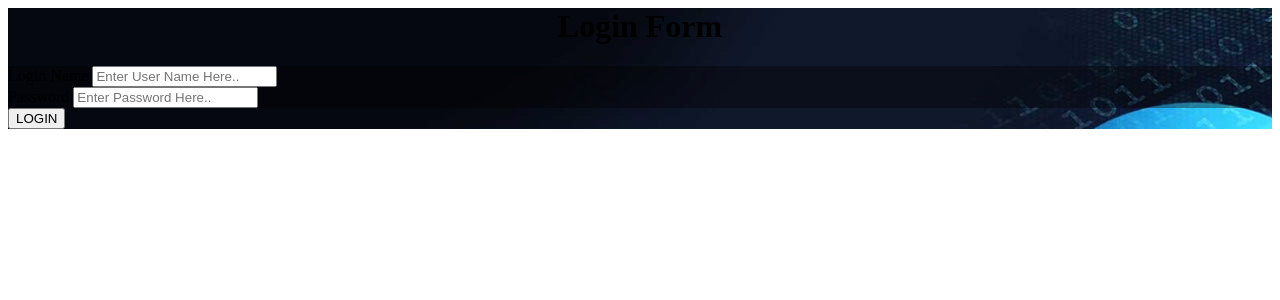
Repository: yogenderupadhyay/Project-2
Page: LetsTalkFrontend/WebContent/c_user/Login.html
The author's editor kept a copy of each file at every save. The page is drawn from the files as they stood at one save, then again after the next save.
The browser window is 1280 px wide. The pictures show the whole page.

Above is the page before, as saved 2018-08-01 17:22:27.

### LetsTalkFrontend/WebContent/c_user/Login.html
<div class="container" data-ng-Controller="UserController" style="background-image:url('resources/img/login.jpg'); ">

 <h1 class="well"><center><font face="Monotype Corsiva">Login Form</font></center></h1>
	<div class="col-lg-12 well">
	<div class="row">
				<form class="form">
					<div class="col-sm-12">
						<div class="row" style="background: rgba(0, 0, 0, 0.2);">
							<div class="col-sm-6 form-group" style="background: rgba(0, 0, 0, 0.2);">
								<label>Login Name</label>
								<input type="text" name="loginname" data-ng-model="User.emailID"  placeholder="Enter User Name Here.." class="form-control">
							</div>
							<div class="col-sm-6 form-group" style="background: rgba(0, 0, 0, 0.2);">
								<label>Password </label>
								<input type="password" name="password" data-ng-model="User.password" placeholder="Enter Password Here.." class="form-control">
							</div>
						</div>
					<div>
					<button type="button" data-ng-click="checklogin()" class="btn btn-lg btn-info">LOGIN</button>
					</div>
				</form>
		</div>
	</div>
</div>

After the next save:
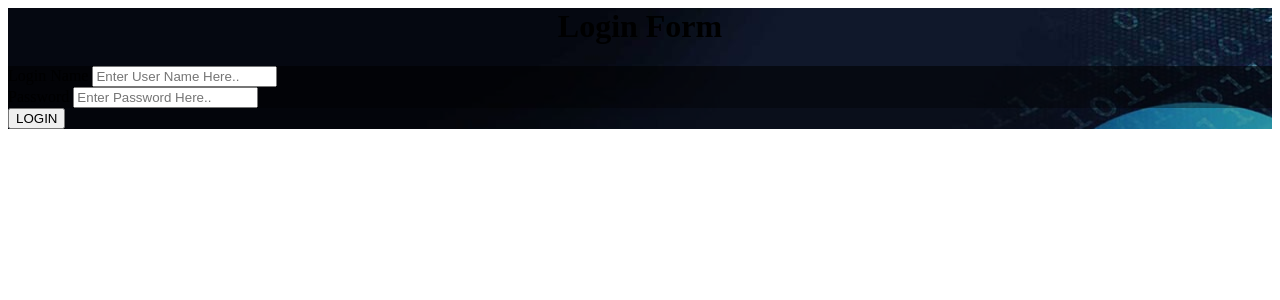
Saved 29 s later.
--- a/LetsTalkFrontend/WebContent/c_user/Login.html
+++ b/LetsTalkFrontend/WebContent/c_user/Login.html
@@ -2,8 +2,8 @@
 
  <h1 class="well"><center><font face="Monotype Corsiva">Login Form</font></center></h1>
 	<div class="col-lg-12 well">
-	<div class="row">
-				<form class="form">
+	<div class="row" style="background: rgba(0, 0, 0, 0.2);">
+				<form class="form" style="background: rgba(0, 0, 0, 0.2);">
 					<div class="col-sm-12">
 						<div class="row" style="background: rgba(0, 0, 0, 0.2);">
 							<div class="col-sm-6 form-group" style="background: rgba(0, 0, 0, 0.2);">
